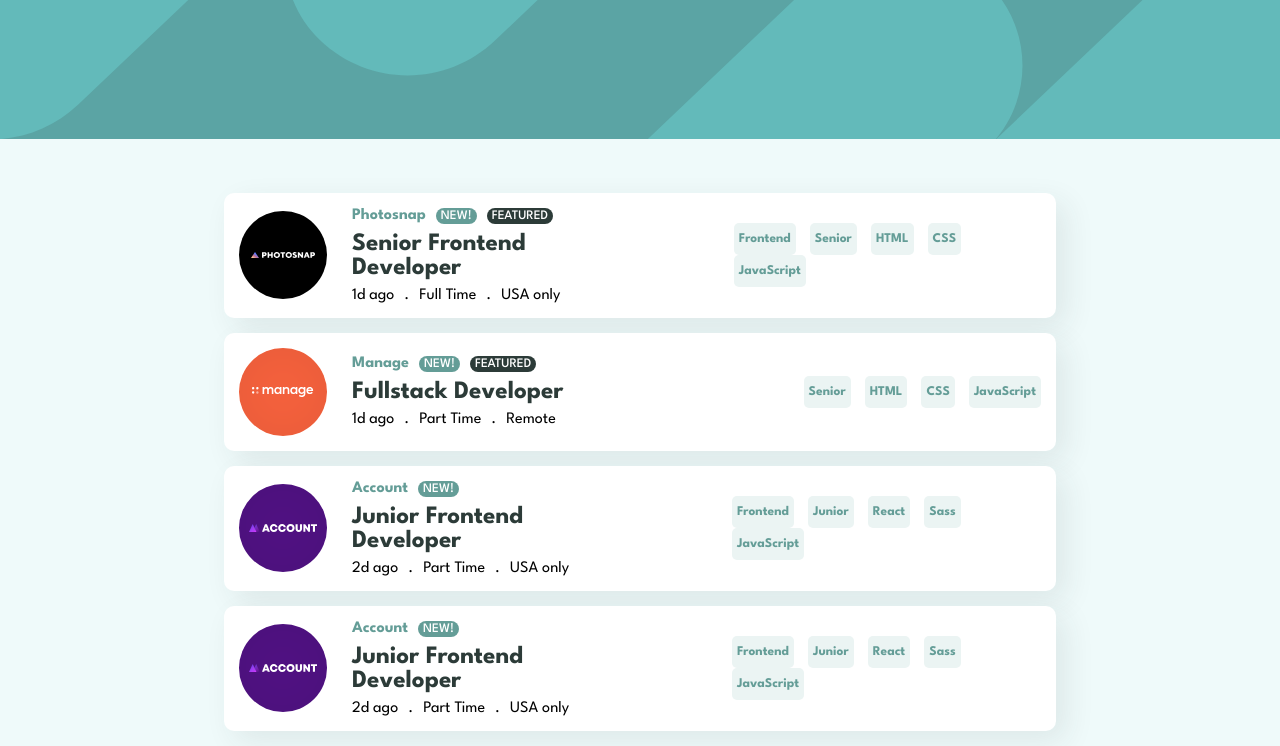
Repository: Eldream12/JobListing
Page: index.html
These files come from the project's save history. The page is drawn as it stood at one moment and after a run of saves; the edit follows.
The browser window is 1280 px wide. The pictures show the whole page.

Above is the page before, as saved 2025-03-31 22:03:12.

After the next 3 saves:
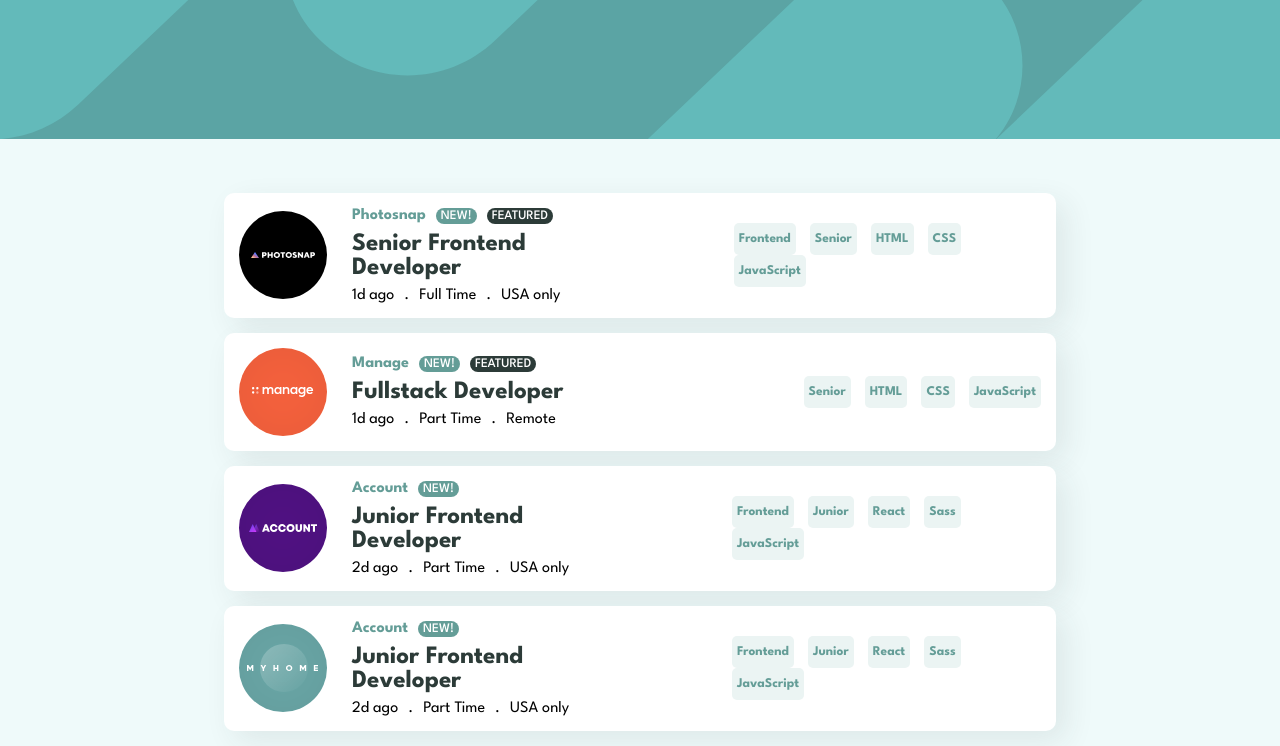
The 3 saves are shown as one change because they came seconds apart.
The last was saved 27 s later.
--- a/index.html
+++ b/index.html
@@ -123,7 +123,7 @@
 
 									<div class="content">
 					<div class="ctn">
-						<img src="Images/account.svg" alt="photosnap" />
+						<img src="Images/myhome.svg" alt="photosnap" />
 						<div class="content-text">
 							<div class="txt-1">
 								<h4>Account</h4>
